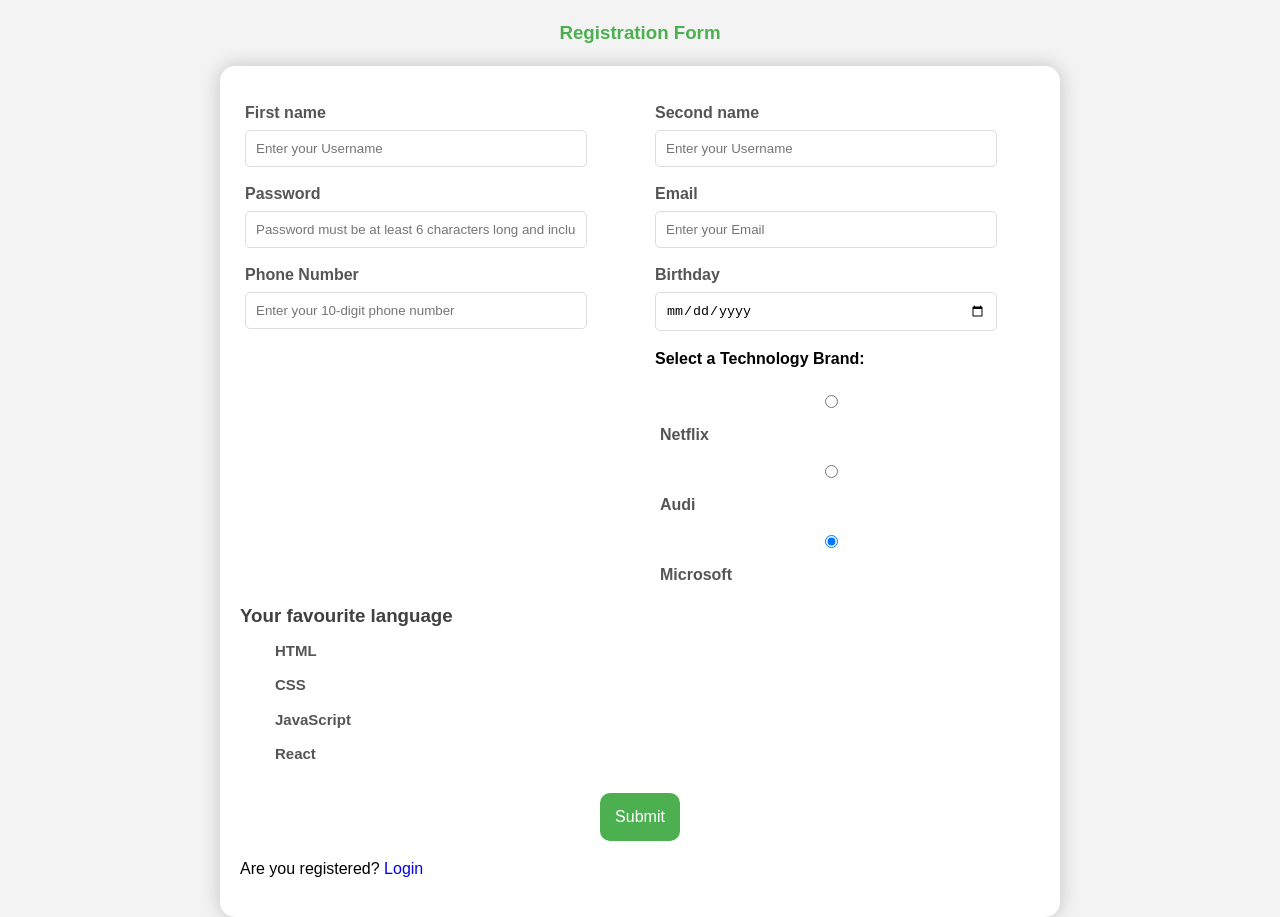
Repository: alizey12/Regestratin-Form-js
Page: regester.html
The author's editor kept a copy of each file at every save. The page is drawn from the files as they stood at one save, then again after the next save.
The browser window is 1280 px wide. The pictures show the whole page.

Above is the page before, as saved 2024-11-29 20:31:03.

After the next save:
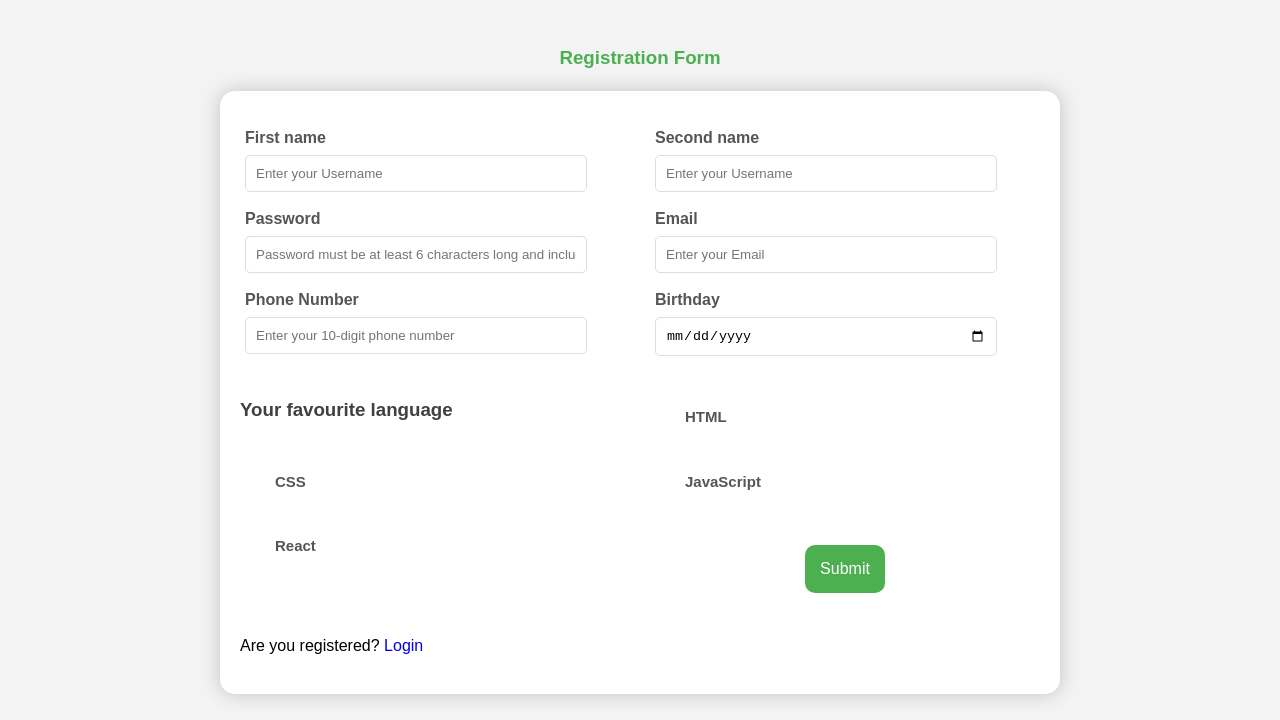
Saved 30 s later.
--- a/regester.html
+++ b/regester.html
@@ -50,35 +50,7 @@
                     <input type="date" id="birthday" name="birthday" required>
 
 
-                        <p><b>Select a Technology Brand:</b></p>
 
-                        <div>
-                            <input type="radio"
-                                   id="Netflix"
-                                   name="brand"
-                                   value="Netflix">
-                            <label for="Netflix">Netflix</label>
-                        </div>
-
-                        <div>
-                            <input type="radio"
-                                   id="Audi"
-                                   name="brand"
-                                   value="Audi">
-                            <label for="Audi">Audi</label>
-                        </div>
-
-                        <div>
-                            <input type="radio"
-                                   id="Microsoft"
-                                   name="brand"
-                                   value="Microsoft" checked>
-                            <label for="Microsoft">Microsoft</label>
-                        </div>
-
-
-
-                </div>
             </div>
             <h3 class="heading">Your favourite language</h3>
             <label class="container">
